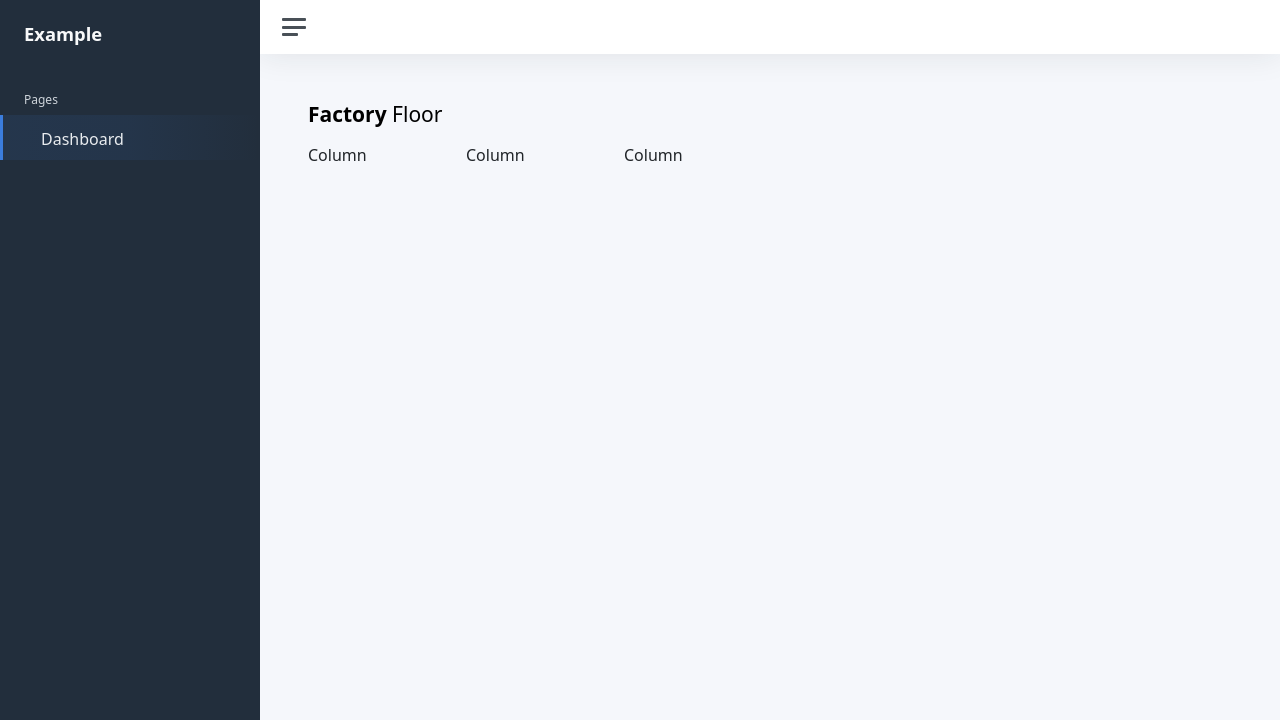
Repository: nick2price2003/rr-app
Page: /
These files come from the project's save history. The page is drawn as it stood at one moment and after the next save; the edit follows.
The browser window is 1280 px wide. The pictures show the whole page.
The project was rebuilt for these pictures with package versions that can differ from the ones it lists, and the page was loaded fresh each time. The framework's server and built-in components were replaced by stand-ins that run in the browser. Also part of the build but not shown: next.config.js.

Above is the page before, as saved 2022-10-11 13:15:57.

### pages/index.js
import Head from "next/head";

export default function Home() {
  return (
    <div>
      <Head>
        <title>RR Example</title>
        <meta name='description' content='Generated by create next app' />
        <link rel='icon' href='/favicon.ico' />
      </Head>

      <div className='wrapper'>
        <nav id='sidebar' className='sidebar js-sidebar'>
          <div className='sidebar-content js-simplebar'>
            <a className='sidebar-brand' href='index.html'>
              <span className='align-middle'>Example</span>
            </a>

            <ul className='sidebar-nav'>
              <li className='sidebar-header'>Pages</li>

              <li className='sidebar-item active'>
                <a className='sidebar-link' href='index.html'>
                  <i className='align-middle' data-feather='sliders'></i>{" "}
                  <span className='align-middle'>Dashboard</span>
                </a>
              </li>
            </ul>
          </div>
        </nav>

        <div className='main'>
          <nav className='navbar navbar-expand navbar-light navbar-bg'>
            <a className='sidebar-toggle js-sidebar-toggle'>
              <i className='hamburger align-self-center'></i>
            </a>
          </nav>
          <main className='content'>
            <div className='container-fluid p-0'>
              <h1 className='h3 mb-3'>
                <strong>Factory</strong> Floor
              </h1>
              <div className='row'>
                <div className='col'>Column</div>
                <div className='col'>Column</div>
                <div className='col'>Column</div>
                <div className='col-xl-6 col-xxl-5 d-flex'>
                  <div className='w-100'>
                    <div className='grid'></div>
                  </div>
                </div>
              </div>
            </div>
          </main>
        </div>
      </div>
    </div>
  );
}

Loaded but not shown: pages/_app.js (common file); styles/globals.css (library)

After the next save:
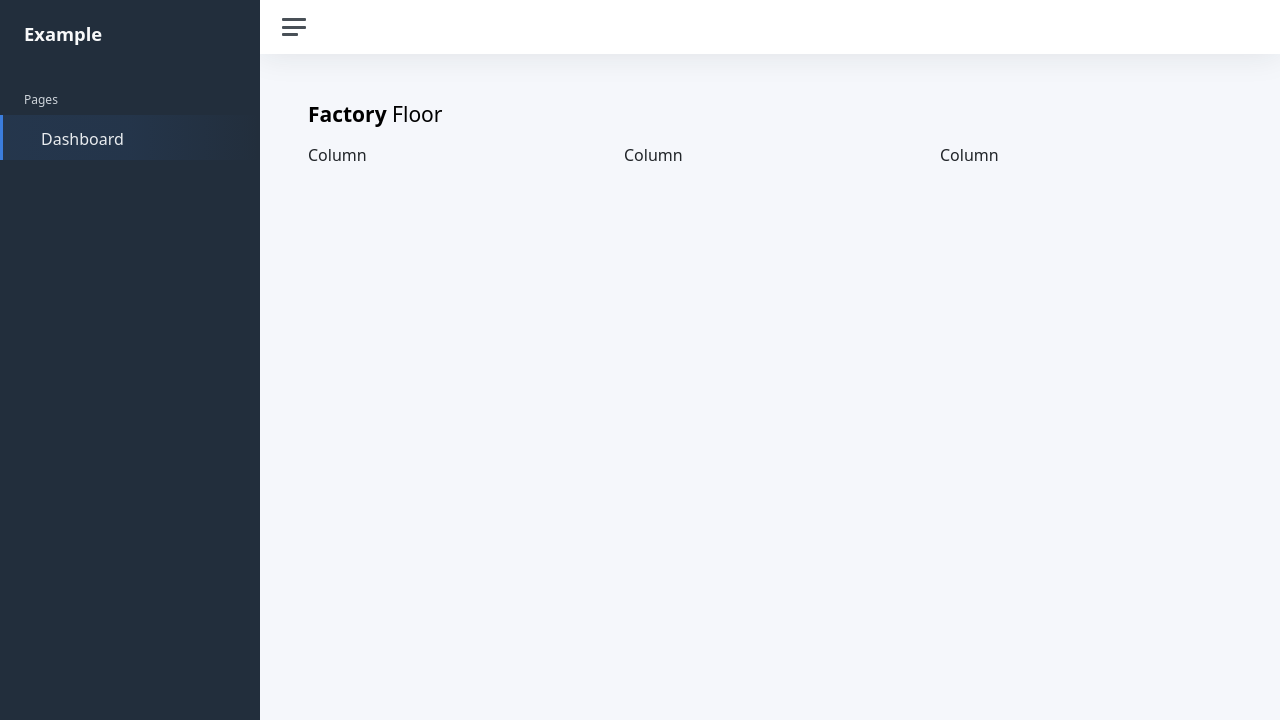
Saved 9 s later.
--- a/pages/index.js
+++ b/pages/index.js
@@ -44,11 +44,6 @@ export default function Home() {
                 <div className='col'>Column</div>
                 <div className='col'>Column</div>
                 <div className='col'>Column</div>
-                <div className='col-xl-6 col-xxl-5 d-flex'>
-                  <div className='w-100'>
-                    <div className='grid'></div>
-                  </div>
-                </div>
               </div>
             </div>
           </main>
